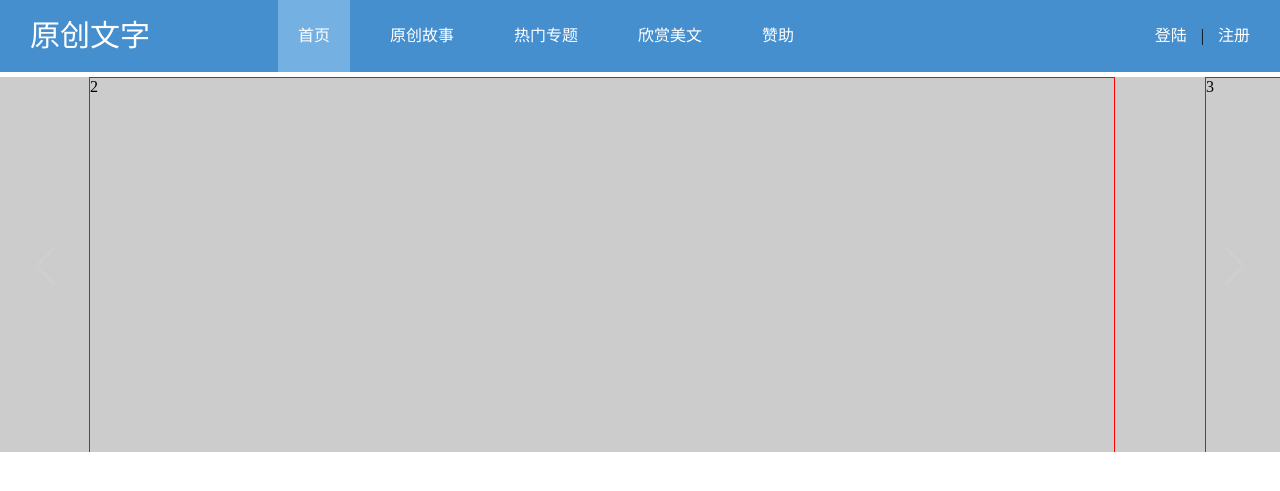
Repository: equation-zheng/Article
Page: http://localhost/Idles/
These files come from the project's save history. The page is drawn as it stood at one moment and after the next save; the edit follows.
The browser window is 1280 px wide. The pictures show the whole page.
After loading, the first visible `s.moveLeft` was clicked once.
Some web libraries are served in a nearby version. The page is served by Tomcat 9.

Above is the page before, as saved 2017-12-06 03:07:06.
Console error: TypeError: moveLeft is not a function

After the next save:
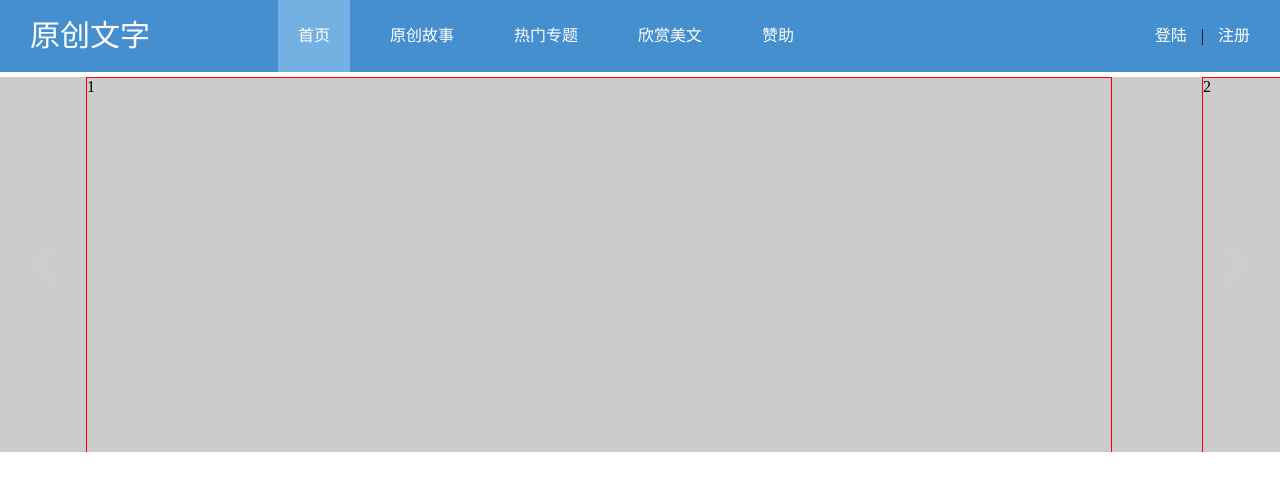
Saved 15 s later.
--- a/Service/apache-tomcat-7.0.82/Idles/WebContent/index.jsp
+++ b/Service/apache-tomcat-7.0.82/Idles/WebContent/index.jsp
@@ -139,10 +139,10 @@
 	var moveRight = $('.moveRight').eq(0);
 	var ul = $('.banner ul').eq(0);
 	moveLeft.on('click', function() {
-		ul.animate({marginLeft : -2238}, 1000);
+		ul.animate({marginLeft : -1125}, 1000);
 	})
 	moveRight.on('clock', function() {
-		ul.animate({marginRight : -1125}, 1000);
+		ul.animate({marginRight : -2238}, 1000);
 	})
 </script>
 </html>
